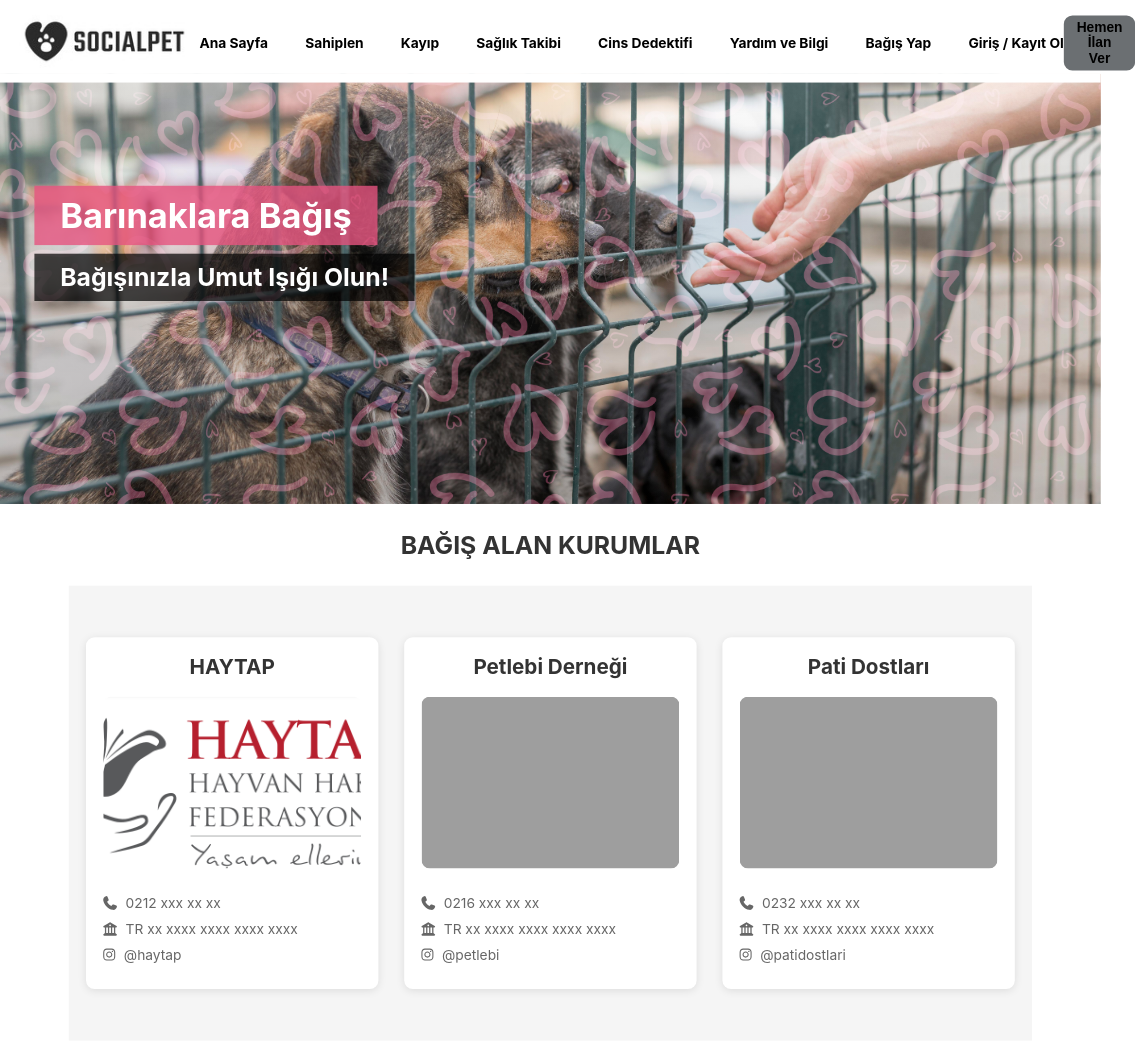
Repository: utkucaa/socialpet-frontend
Page: /donate (app in petweb/petweb/)
These files come from the project's save history. The page is drawn as it stood at one moment and after the next save; the edit follows.
The browser window is 1280 px wide. The page is 1320 px wide, so the pictures cover 1320 px, including what lies to the right of the window. The pictures show the whole page, at 86% of full size.
Pictures or frames that could not be fetched are drawn as grey boxes. The project was rebuilt for these pictures with package versions that can differ from the ones it lists, and the page was loaded fresh each time. Also part of the build but not shown: petweb/petweb/src/Components/Login/Login.jsx, petweb/petweb/src/Components/Intro/Intro.css, petweb/petweb/src/Components/Intro/Intro.jsx, petweb/petweb/src/Components/Register/Register.jsx, petweb/petweb/src/Components/Profile/ProfilePage.css, petweb/petweb/src/Components/Profile/ProfilePage.jsx, petweb/petweb/src/Components/Adoption/Header.jsx, petweb/petweb/src/Components/Adoption/Stats.css and 31 more. Imported but missing from the stored project, and not drawn on this page: petweb/petweb/src/Components/AdoptionSteps.

Above is the page before, as saved 2025-01-09 23:34:35.

### petweb/petweb/src/App.js
import React, { useState, useEffect } from 'react';
import { BrowserRouter as Router, Routes, Route } from 'react-router-dom';
import Navbar from './Components/Navbar/Navbar';
import Login from './Components/Login/Login';
import Intro from './Components/Intro/Intro';
import Register from './Components/Register/Register';
import ProfilePage from './Components/Profile/ProfilePage';
import AdoptionPage from './Components/Adoption/AdoptionPage';
import CreatedPage from './Components/Adoption/CreatedPage';
import LostPage from './Components/Lost/LostPage';
import CreateListingPage from './Components/Lost/CreateListingPage'; // Bu satırı ekleyin
import CategoryBar from './Components/Lost/CategoryBar';
import QuestionDetail from './Components/HelpAndInfo/QuestionDetail';
import AdDetail from './Components/Adoption/AdDetail';
import Donate from './Components/Donate/Donate';

import './App.css';
import HelpAndInfo from './Components/HelpAndInfo/HelpAndInfo';

function App() {
  const [user, setUser] = useState(null);  // Kullanıcı bilgisini tutacak state

  useEffect(() => {
    // Sayfa yüklendiğinde localStorage'dan kullanıcı bilgisini al
    const storedUser = localStorage.getItem('user');
    if (storedUser) {
      setUser(JSON.parse(storedUser));
    }
  }, []);

  return (
    <Router>
      <Navbar user={user} setUser={setUser} />
      <Routes>
        <Route path="/" element={<Intro />} />
        <Route path="/login" element={<Login setUser={setUser} />} />
        <Route path="/register" element={<Register />} />
        <Route path="/adopt" element={<AdoptionPage />} />
        <Route path="/lost" element={<LostPage/>} />
        <Route path="/create-listing" element={<CreateListingPage />} />
        <Route path="/health-tracking" element={<div>Sağlık Takibi</div>} />
        <Route path="/breed-detector" element={<div>Cins Dedektifi</div>} />
        <Route path="/help-info" element={<HelpAndInfo/>} />
        <Route path="/question/:id" element={<QuestionDetail />} />
        <Route path="/donate" element={<Donate/>} />
        <Route path="/create-ad" element={<CreatedPage />} />
        <Route path="/profile" element={<ProfilePage user={user} setUser={setUser} />} />
        <Route path="/ad/:id" element={<AdDetail />} />

      </Routes>
    </Router>
  );
}

export default App;

### petweb/petweb/src/Components/Navbar/Navbar.jsx
import React from 'react';
import { Link } from 'react-router-dom';
import './Navbar.css';

const Navbar = ({ user, setUser }) => {
  const handleLogout = () => {
    setUser(null);
  };

  return (
    <div className='n-container'>
      <div className="n-left">
        <Link to="/">
          <img src="/logo.png" alt="Social Pet Logo" className="n-logo" />
        </Link>
      </div>
      <div className="n-right">
        <div className="n-list">
          <ul>
            <li><Link to="/">Ana Sayfa</Link></li>
            <li><Link to="/adopt">Sahiplen</Link></li>
            <li><Link to="/lost">Kayıp</Link></li>
            <li><Link to="/health-tracking">Sağlık Takibi</Link></li>
            <li><Link to="/breed-detector">Cins Dedektifi</Link></li>
            <li><Link to="/help-info">Yardım ve Bilgi</Link></li>
            <li><Link to="/donate">Bağış Yap</Link></li>

            {!user ? (
              <li><Link to="/login">Giriş / Kayıt Ol</Link></li>
            ) : (
              <li><Link to="/profile">Profil</Link></li>
            )}
          </ul>
        </div>
        {!user ? (
          <button className='giris-cıkıs'>
            <Link to="/create-ad">Hemen İlan Ver</Link>
          </button>
        ) : (
          <button className='giris-cıkıs cıkıs' onClick={handleLogout}>
            <Link to="/">Çıkış Yap</Link>
          </button>
        )}
      </div>
    </div>
  );
};

export default Navbar;

### petweb/petweb/src/Components/Donate/Donate.jsx
import React from 'react';
import './Donate.css';
import { FontAwesomeIcon } from '@fortawesome/react-fontawesome';
import { faPhone, faUniversity } from '@fortawesome/free-solid-svg-icons';
import { faInstagram } from '@fortawesome/free-brands-svg-icons';

const Donate = () => {
  const donationCards = [
    {
      name: "HAYTAP",
      image: "/haytap.png",
      phone: "0212 xxx xx xx",
      iban: "TR xx xxxx xxxx xxxx xxxx",
      instagram: "@haytap"
    },
    {
      name: "Petlebi Derneği",
      image: "/hayvan2.jpg",
      phone: "0216 xxx xx xx",
      iban: "TR xx xxxx xxxx xxxx xxxx",
      instagram: "@petlebi"
    },
    {
      name: "Pati Dostları",
      image: "/hayvan3.jpg",
      phone: "0232 xxx xx xx",
      iban: "TR xx xxxx xxxx xxxx xxxx",
      instagram: "@patidostlari"
    }
  ];

  return (
    <div className="main-container">
      {/* Üst Kısım - Resimli Alan */}
      <div className="hero-section">
        <nav className="nav-menu">
          <ul>
            <li>•Barınaklara Bağış</li>
            <li>•Veteriner Klinikleri</li>
            <li>•PetShop</li>
            <li>•Yardım ve Bilgi</li>
            <li>•Fotoğraf Yarışması</li>
          </ul>
        </nav>
        <div className="hero-content">
          <div className="title-box">
            <h1>Barınaklara Bağış</h1>
          </div>
          <div className="subtitle-box">
            <h2>Bağışınızla Umut Işığı Olun!</h2>
          </div>
          <div className="select-container">

          </div>
        </div>
      </div>

      {/* Alt Kısım - Bilgilendirme ve Kartlar */}
      <div className="content-section">
        <div className="info-section">
          <h2>BAĞIŞ ALAN KURUMLAR</h2>
        </div>

        <div className="donation-cards-container">
          {donationCards.map((card, index) => (
            <div key={index} className="donation-card">
              <h3 className="card-title">{card.name}</h3>
              <div className="card-image">
                <img src={card.image} alt={card.name} />
              </div>
              <div className="card-info">
                <p> <FontAwesomeIcon icon={faPhone} /> {card.phone}</p>
                <p><FontAwesomeIcon icon={faUniversity} /> {card.iban}</p>
                <p><FontAwesomeIcon icon={faInstagram} /> {card.instagram}</p>
              </div>
            </div>
          ))}
        </div>
      </div>
    </div>
  );
};

export default Donate;

### petweb/petweb/src/Components/Navbar/Navbar.css
.spline-sans-mono {
    font-family: "Spline Sans Mono", monospace;
  }

.n-container{
    height: 10vh;
    margin-top: 14px;
    display: flex;
    justify-content: space-between;
    align-items: center;
    padding: 0 2rem;
}

.n-logo {
    width: 200px;
    height: auto;
    margin-right: 10px;
    margin-left: -10px;
  }


.n-left{
    flex:1;
    align-items: center;
    display: flex;
    gap:1 rem;
}


.n-right{
    display: flex;
    flex: 5;
    align-items: center;
    justify-content: center;
    font-weight: 400;
}

.n-list{
    flex: 10;
}

.n-list a {
    text-decoration: none;
    color: black;
    font-weight: bold;
    font-size: 16px;
    transition: color 0.3s ease;
}

.n-list a:hover {
    color:  #1a237e;
}

.n-list>ul{
    display: flex;
    gap: 2.7rem;
    margin-right: 2rem;
    margin-left: -10px;
    align-items: center;
    list-style: none;
    padding: 0;
    margin: 0;
}

.n-list>ul>li {
    white-space: nowrap;
}

.giris-cıkıs {
    background-color: #6b6f72;
    color: white;
    padding: 5px 15px;
    border: none;
    border-radius: 10px;
    cursor: pointer;
    font-size: 16px;
    font-weight: bold;
    transition: background-color 0.3s ease, transform 0.2s ease;
    margin-right: -14px;
    width: auto;
}
.giris-cıkıs:hover {
    background-color: #4b5b63;
    transform: scale(1.05);
}

.giris-cıkıs a {
    text-decoration: none;
    color: black;
    font-weight: bold;
    font-size: 16px;
}

.giris-cıkıs a:hover {
    color: white;
}

### petweb/petweb/src/Components/Login/Login.css

.login-page {
    display: flex;
    height: 100vh;
  }

  .login-left {
    flex: 1;
  display: flex;
  flex-direction: column;
  justify-content: center;
  align-items: center;
  background: linear-gradient(135deg, #f0f0f0, #d9e4f5);
  padding: 20px;
  text-align: center;
  border-top-right-radius: 20px;
  border-radius: 20px;
  margin-left: 30px;
  }
  .login-logo {
    width: 400px;
    height: auto;
    border-radius: 10px;
    margin-top: 20px;
  }
  .login-left h1 {
    font-size: 36px;
    color: #333;
    margin-bottom: 5px;
    margin-top: 10px;
  }

  .login-left p {
    font-size: 18px;
    margin-top: 5px;
    color: #555;
  }

  .login-image {
    width: 70%;
    margin-top: 20px;
    border-radius: 10px;
  }

  .login-right {
    flex: 1;
    display: flex;
    justify-content: center;
    align-items: center;
    background: #fff;
  }

  .login-box {
    background: white;
    padding: 30px;
    border-radius: 8px;
    box-shadow: 0 4px 15px rgba(0, 0, 0, 0.2);
    text-align: center;
    width: 90%;
    max-width: 400px;
  }

  h2 {
    font-size: 24px;
    margin-bottom: 20px;
    color: #333;
  }

  .form-group {
    margin-bottom: 15px;
    text-align: left;
  }

  label {
    display: block;
    font-size: 14px;
    margin-bottom: 5px;
    color: #555;
  }

  input {
    width: 100%;
    padding: 10px;
    font-size: 14px;
    border-radius: 5px;
    border: 1px solid #ccc;
    outline: none;
    transition: border-color 0.3s;
  }

  input:focus {
    border-color: #5d6d7e;
  }

  .login-button {
    background-color: #5d6d7e;
    color: white;
    padding: 10px;
    width: 100%;
    border: none;
    border-radius: 5px;
    font-size: 16px;
    cursor: pointer;
    transition: background-color 0.3s;
  }

  .login-button:hover {
    background-color: #4b5b63;
  }

  .error-message {
    color: red;
    font-size: 14px;
    margin-bottom: 15px;
  }

  .redirect-message {
    margin-top: 15px;
    font-size: 14px;
  }

  .redirect-message a {
    color: #4a90e2;
    text-decoration: none;
  }

  .redirect-message a:hover {
    text-decoration: underline;
  }

### petweb/petweb/src/Components/Register/Register.css
.register-page {
    display: flex;
    height: 100vh;
  }

  .register-left {
    flex: 1;
  display: flex;
  flex-direction: column;
  justify-content: center;
  align-items: center;
  background: linear-gradient(135deg, #f0f0f0, #d9e4f5);
  padding: 20px;
  text-align: center;
  border-top-right-radius: 20px;
  border-radius: 20px;
  margin-left: 30px;
  }

  .register-logo {
    width: 400px;
    height: auto;
    border-radius: 10px;
    margin-top: 20px;
  }

  .register-left h1 {
    font-size: 36px;
    color: #333;
    margin-bottom: 5px;
    margin-top: 10px;
  }

  .register-left p {
    font-size: 18px;
    margin-top: 5px;
    color: #555;
  }

  .register-right {
    flex: 1;
    display: flex;
    justify-content: center;
    align-items: center;
    background: #fff;
  }

  .register-box {
    background: white;
  padding: 20px;
  border-radius: 20px;
  box-shadow: 0 4px 15px rgba(0, 0, 0, 0.2);
  text-align: center;
  width: 100%;
  max-width: 600px;
  }

  h2 {
    font-size: 24px;
    margin-bottom: 20px;
    color: #333;
  }

  .form-group {
    margin-bottom: 15px;
    text-align: left;
  }

  label {
    font-size: 14px;
  margin-bottom: 5px;
  color: #555;
  align-self: flex-start;
  padding-left: 112px;
  }

  input {
    width: 100%;
    max-width: 350px;
    padding: 12px;
    font-size: 14px;
    border-radius: 5px;
    border: 1px solid #ccc;
    outline: none;
    transition: border-color 0.3s;
    margin: 0 auto;
    display: block;
  }

  input:focus {
    border-color: #5d6d7e;
  }

  .register-button {
    background-color: #5d6d7e;
  color: white;
  padding: 12px;
  width: 100%;
  max-width: 350px;
  border: none;
  border-radius: 5px;
  font-size: 16px;
  cursor: pointer;
  transition: background-color 0.3s;
  margin: 20px auto;
  display: block;
  }

  .register-button:hover {
    background-color: #4b5b63;
  }

  .error-message {
    color: red;
    font-size: 14px;
    margin-bottom: 15px;
  }

  .redirect-message {
    margin-top: 15px;
    font-size: 14px;
  }

  .redirect-message a {
    color: #4a90e2;
    text-decoration: none;
  }

  .redirect-message a:hover {
    text-decoration: underline;
  }

### petweb/petweb/src/Components/Lost/CreateListingPage.css
.page-container {
  width: 100%;
  max-width: 1200px;
  margin: 0 auto;
  padding: 20px;
}

.baslık{
  font-size: 28px;
  margin-bottom: 29px;
}

.create-listing-container {
  display: flex;
  gap: 30px;
}

.left-section {
  flex: 7;
}

.right-section {
  flex: 3;
}

.form-group {
  margin-bottom: 20px;
}

h2, h3 {
  margin-bottom: 9px;
  color: #333;
  font-size: 18px;
}

.form-input,
.form-select,
.form-textarea {
  width: 100%;
  padding: 12px;
  border: 1px solid #ddd;
  border-radius: 4px;
  font-size: 16px;
  margin-bottom: 10px;
}

.form-textarea {
  min-height: 150px;
  resize: vertical;
}



.warning-text {
  color: #d32f2f;
  font-weight: bold;
  margin: 10px 0;
}

.note-text {
  color: #666;
  font-size: 14px;
  margin-top: 8px;
}

.map-container {
  width: 100%;
  height: 400px;
  background-color: #f5f5f5;
  border-radius: 4px;
  margin-bottom: 20px;
  display: flex;
  align-items: center;
  justify-content: center;
}

/* Sağ bölüm stilleri */
.image-upload-container {
  border: 2px dashed #ddd;
  border-radius: 4px;
  padding: 20px;
  text-align: center;
  background-color: #f9f9f9;
}

.file-input {
  display: none;
}

.file-label {
  cursor: pointer;
  display: block;
}

.upload-placeholder {
  color: #1976d2;
  font-size: 18px;
  padding: 60px 0;
}

.preview-image {
  max-width: 100%;
  max-height: 300px;
  object-fit: contain;
}

.upload-note {
  color: #666;
  font-size: 14px;
  margin-top: 10px;
}

.button-container {
  margin-top: 20px;
}

.publish-button,
.delete-button {
  width: 100%;
  padding: 12px;
  border: none;
  border-radius: 4px;
  font-size: 16px;
  cursor: pointer;
  margin-bottom: 10px;
}

.publish-button {
  background-color: #5d9d5f;
  color: white;
}

.delete-button {
  background-color: #d9473d;
  color: white;
}

.publish-button:hover,
.delete-button:hover {
  opacity: 0.9;
}

.terms-text {
  text-align: center;
  font-size: 14px;
  color: #666;
  margin-top: 15px;
}

.terms-text a {
  color: #1976d2;
  text-decoration: none;
}

### petweb/petweb/src/Components/Donate/Donate.css
.main-container {
    width: 100%;
    min-height: 100vh;
  }

  /* Üst Kısım - Hero Section */
  .hero-section {
    width: 100%;
    height: 500px;
    position: relative;
    background-image: url('/public/bagıs.jpg');
    background-size: cover;
    background-position: center;
    overflow: hidden;
  }

  /* Kalp Efekti */
  .hero-section::after {
    content: '';
    position: absolute;
    top: 0;
    left: 0;
    right: 0;
    bottom: 0;
    background-image: url('/public/heart-pattern.png');
    background-size: 800px auto;
    opacity: 0.4;
    pointer-events: none;
    animation: floatingHearts 20s linear infinite;
    mix-blend-mode: screen;
  }

  /* Gradient Overlay */
  .hero-section::before {
    content: '';
    position: absolute;
    top: 0;
    left: 0;
    right: 0;
    bottom: 0;
    background: linear-gradient(
      rgba(255, 255, 255, 0.1),
      rgba(0, 0, 0, 0.2)
    );
  }

  /* Navigasyon Menüsü */
  .nav-menu {
    background-color: white;
    padding: 15px 0;
    position: relative;
    z-index: 10;
  }

  .nav-menu ul {
    display: flex;
    justify-content: center;
    list-style: none;
    gap: 30px;
    margin: 0;
    padding: 0;
  }

  .nav-menu li {
    color: #333;
    cursor: pointer;
  }

  /* Hero İçerik */
  .hero-content {
    position: relative;
    z-index: 2;
    padding: 60px 40px;
    max-width: 1200px;
    margin: 0 auto;
  }

  .title-box {
    margin-bottom: 10px;
  }

  .title-box h1 {
    background-color: rgba(231, 84, 128, 0.8);
    color: white;
    padding: 10px 30px;
    font-size: 2.5rem;
    margin: 0;
    display: inline-block;
  }

  .subtitle-box {
    margin-bottom: 20px;
  }

  .subtitle-box h2 {
    background-color: rgba(0, 0, 0, 0.7);
    color: white;
    padding: 10px 30px;
    font-size: 1.8rem;
    margin: 0;
    display: inline-block;
  }

  .select-container select {
    padding: 12px 20px;
    font-size: 1.1rem;
    border: none;
    border-radius: 5px;
    min-width: 300px;
    cursor: pointer;
  }

  /* Alt Kısım - Content Section */
  .content-section {
    background-color: white;
    display: flex;           /* Eklendi */
  flex-direction: column;  /* Eklendi */
  align-items: center;
  }

  .info-section {
    text-align: center;
    padding: 30px 0;

  }

  .info-section h2 {
    margin: 0;
    color: #333;
    font-size: 1.8rem;
  }

  /* Bağış Kartları */
  .donation-cards-container {
    display: flex;
  justify-content: center;
  gap: 30px;
  padding: 60px 20px; /* Üst padding'i artırdık */
  flex-wrap: wrap;
  max-width: 1200px;
  margin: 0 auto;
  background-color: #f5f5f5;
  }

  .donation-card {
    background: white;
    border-radius: 10px;
    box-shadow: 0 2px 10px rgba(0, 0, 0, 0.1);
    width: 300px;
    padding: 20px;
    display: flex;
    flex-direction: column;
    align-items: center;
    transition: transform 0.3s ease;
  }

  .donation-card:hover {
    transform: translateY(-5px);
  }

  .card-title {
    color: #333;
    font-size: 1.5rem;
    margin: 0 0 20px 0;
    text-align: center;
  }

  .card-image {
    width: 100%;
    height: 200px;
    overflow: hidden;
    border-radius: 8px;
    margin-bottom: 20px;
  }

  .card-image img {
    width: 100%;
    height: 100%;
    object-fit: cover;
  }

  .card-info {
    width: 100%;
  }

  .card-info p {
    margin: 10px 0;
    color: #666;
    display: flex;
    align-items: center;
    gap: 10px;
  }

  .card-info i {
    width: 20px;
    color: #e75480;
  }

  /* Animasyon */
  @keyframes floatingHearts {
    from {
      background-position: 0 0;
    }
    to {
      background-position: 100% 100%;
    }
  }

  /* Responsive Tasarım */
  @media (max-width: 1024px) {
    .donation-cards-container {
      gap: 20px;
    }

    .donation-card {
      width: calc(50% - 40px);
    }
  }

  @media (max-width: 768px) {
    .nav-menu ul {
      flex-wrap: wrap;
      gap: 15px;
    }

    .hero-content {
      padding: 40px 20px;
    }

    .select-container select {
      min-width: 250px;
    }

    .donation-card {
      width: 100%;
      max-width: 400px;
    }
  }

  .card-image img {
    width: 300px; /* Genişlik */
    height: 200px; /* Yükseklik */
    object-fit: cover; /* Resmi kare alanda düzgün şekilde yerleştirir */
    border-radius: 10px; /* Kenarları yuvarlamak için opsiyonel */
  }

### petweb/petweb/src/Components/Adoption/Header.css
.header {
  position: relative;
  text-align: center;
  padding: 20px;
  height: 350px;  /* Yüksekliği biraz daha küçültüyoruz */
  z-index: 0;
}

.header-image {
  position: absolute;
  top: 0;
  left: 0;
  width: 100%;  /* Genişliği sayfa genişliğine göre ayarladık */
  height: 400px;  /* Sabit yükseklik */
  object-fit: cover;  /* Resmi düzgün şekilde yayacak */

}

.header-content {
  position: relative;
  z-index: 1;  /* İçeriği resmin önünde göstermek için */
  color: white; /* Yazının rengi */
}

.title {
  font-size: 3rem;
  margin-bottom: 10px;
}

.subtitle {
  font-size: 1.2rem;
  margin-bottom: 20px;
}

.search-container {
  display: flex;
  flex-direction: column; /* Alt alta hizalamak için */
  align-items: center; /* Yatayda ortalamak için */
  justify-content: center; /* Dikeyde ortalamak için */
  gap: 20px;
  margin-top: 20px;
  width: 100%;
}

.search-field {
  display: flex;
  flex-direction: column;
  align-items: flex-start;
}
.search-field label {
  font-size: 1rem;
  margin-bottom: 5px;
  color: white; /* Etiketlerin rengi */
}
.search-field {
  display: flex;
  flex-direction: column;
  align-items: flex-start;
}

.search-field select {
  padding: 10px;
  font-size: 1rem;
  width: 500px;
  border-radius: 10px;
  border: 1px solid #ccc;
}

.ara {
  padding: 10px 20px;
  font-size: 1rem;
  border-radius: 10px;
  background-color: #f8c471;
  color: white;
  border: none;
  cursor: pointer;
  margin-top: 10px;
}

.search-button:hover {
  background-color: #626568;
}

.nav-menu {
  font-size: 12px; /* Yazı boyutunu küçülttük */
  list-style-type: none;
  margin: 10px 0; /* Menü arasındaki boşluğu azalttık */
  padding: 0;
  position: relative; /* Konumlandırmayı ayarlamak için */
  top: -50px; /* Menü yukarı kaydırıldı */
}

.nav-menu ul li {
  margin-bottom: 5px; /* Menü öğeleri arasındaki boşluk küçüldü */
}

Loaded but not shown: petweb/petweb/public/index.html (common file); petweb/petweb/src/index.js (common file); petweb/petweb/src/index.css (common file); petweb/petweb/src/reportWebVitals.js (common file)

After the next save:
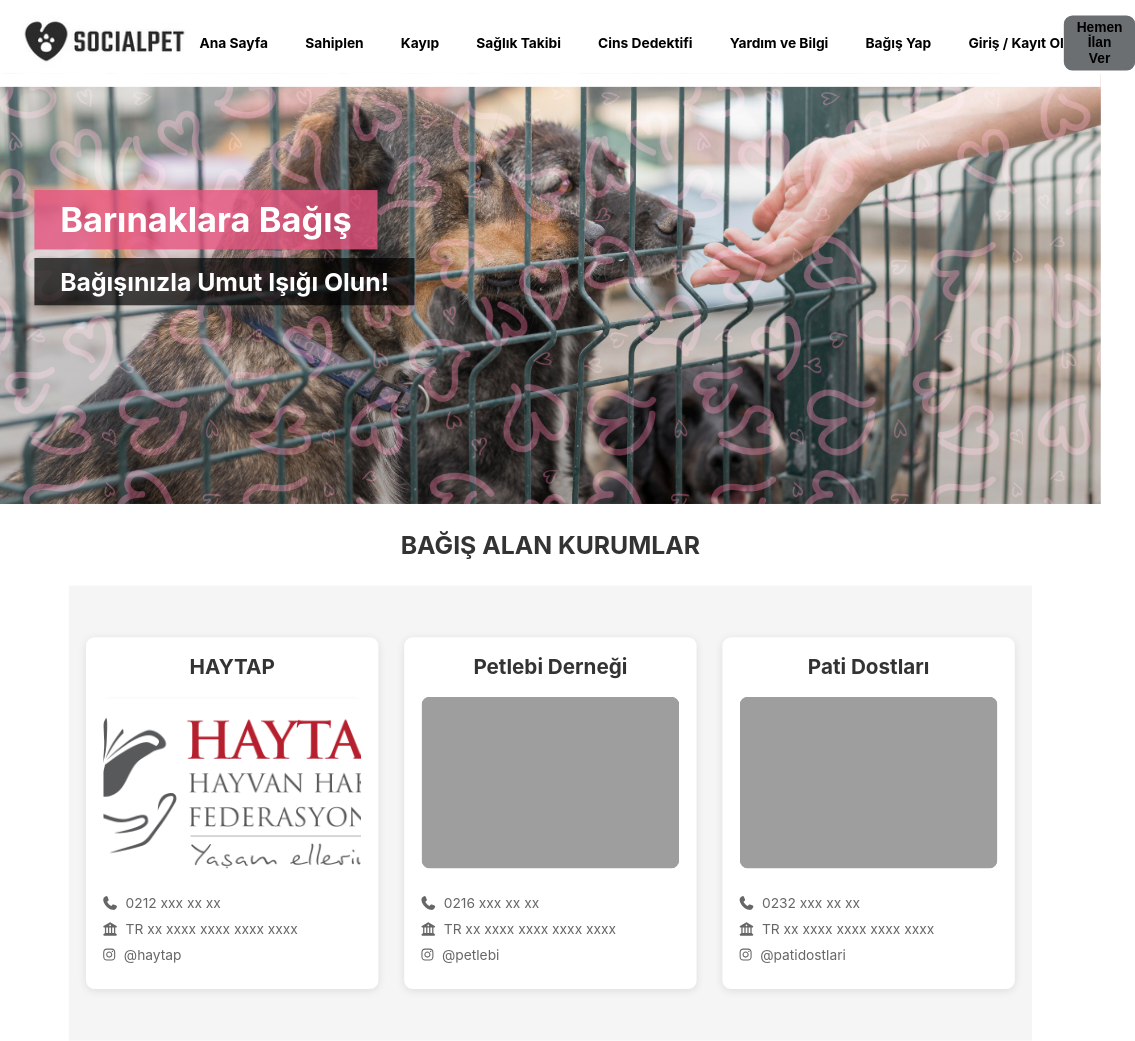
Saved 9 s later.
--- a/petweb/petweb/src/Components/Adoption/Header.css
+++ b/petweb/petweb/src/Components/Adoption/Header.css
@@ -82,7 +82,7 @@
 }
 
 .nav-menu {
-  font-size: 12px; /* Yazı boyutunu küçülttük */
+  font-size: 16px; /* Yazı boyutunu küçülttük */
   list-style-type: none;
   margin: 10px 0; /* Menü arasındaki boşluğu azalttık */
   padding: 0;
